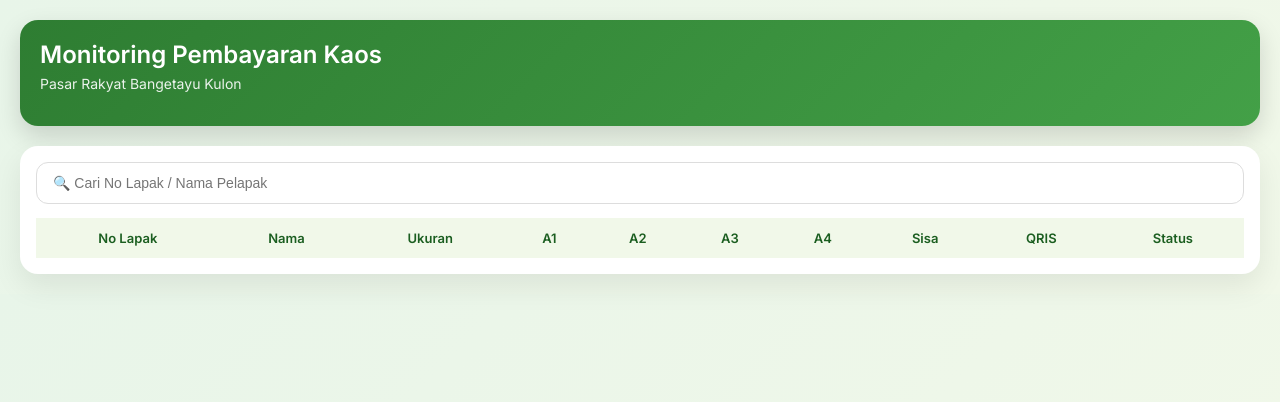
Repository: pasarrakyatbak/monitoringpembayarankaos
Page: index.html
These files come from the project's save history. The page is drawn as it stood at one moment and after the next save; the edit follows.
The browser window is 1280 px wide. The pictures show the whole page.
The page's requests for data from a server got no answer.

Above is the page before, as saved 2026-01-04 13:47:40.

After the next save:
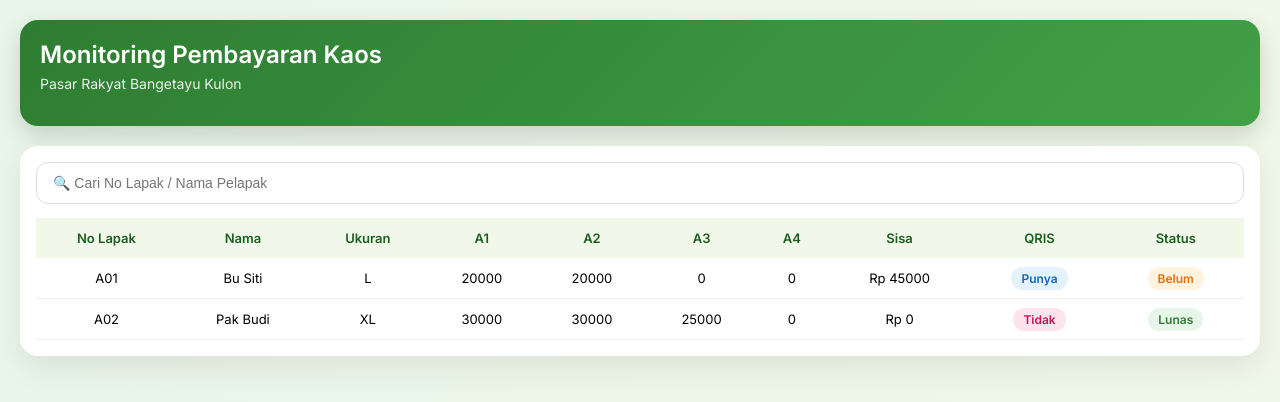
Saved 11 s later.
--- a/script.js
+++ b/script.js
@@ -1,68 +1,84 @@
-const API_URL = "https://script.google.com/macros/s/AKfycby4z2qZ24SrJkcyGpybH29lSUC_3_z1LG-7wSmTzpaOEXrwjXf0Cl3hqkg95qAxPj1-/exec";
-let allData = [];
+const dataPelapak = [
+    {
+        lapak: "A01",
+        nama: "Bu Siti",
+        ukuran: "L",
+        a1: 20000,
+        a2: 20000,
+        a3: 0,
+        a4: 0,
+        sisa: 45000,
+        qris: true,
+        status: "Belum"
+    },
+    {
+        lapak: "A02",
+        nama: "Pak Budi",
+        ukuran: "XL",
+        a1: 30000,
+        a2: 30000,
+        a3: 25000,
+        a4: 0,
+        sisa: 0,
+        qris: false,
+        status: "Lunas"
+    }
+];
 
-document.addEventListener('DOMContentLoaded', () => {
-    const searchInput = document.getElementById('searchInput');
-    const tbody = document.querySelector('tbody');
+const tableBody = document.getElementById("tableBody");
+const cardContainer = document.getElementById("cardContainer");
+const searchInput = document.getElementById("searchInput");
 
-    async function loadData() {
-        const res = await fetch(API_URL + "?action=list");
-        const data = await res.json();
-        allData = data;
-        renderTable(data);
-    }
+function render(data) {
+    tableBody.innerHTML = "";
+    cardContainer.innerHTML = "";
 
-    function renderTable(data) {
-        tbody.innerHTML = '';
-        data.forEach((row, index) => {
-            const statusText = row.lunas ? 'Lunas' : 'Belum Lunas';
-            const statusClass = row.lunas ? 'status-lunas' : 'status-belum';
+    data.forEach(d => {
+        // TABLE
+        tableBody.innerHTML += `
+      <tr>
+        <td>${d.lapak}</td>
+        <td>${d.nama}</td>
+        <td>${d.ukuran}</td>
+        <td>${d.a1}</td>
+        <td>${d.a2}</td>
+        <td>${d.a3}</td>
+        <td>${d.a4}</td>
+        <td>Rp ${d.sisa}</td>
+        <td><span class="badge ${d.qris ? 'badge-yes' : 'badge-no'}">${d.qris ? 'Punya' : 'Tidak'}</span></td>
+        <td><span class="badge ${d.status === 'Lunas' ? 'badge-lunas' : 'badge-belum'}">${d.status}</span></td>
+      </tr>
+    `;
 
-            const tr = document.createElement('tr');
-            tr.innerHTML = `
-        <td>${row.noLapak}</td>
-        <td>${row.nama}</td>
-        <td>${row.ukuran}</td>
-        <td>${row.a1}</td>
-        <td>${row.a2}</td>
-        <td>${row.a3}</td>
-        <td>${row.a4}</td>
-        <td>Rp ${row.total.toLocaleString('id-ID')}</td>
-        <td>
-          <input type="checkbox" ${row.qris ? 'checked' : ''} data-index="${index}">
-        </td>
-        <td class="${statusClass}">${statusText}</td>
-      `;
-            tbody.appendChild(tr);
-        });
-    }
+        // CARD
+        cardContainer.innerHTML += `
+      <div class="pelapak-card">
+        <div class="pelapak-header">
+          <div>
+            <div class="lapak">Lapak ${d.lapak}</div>
+            <div class="nama">${d.nama}</div>
+          </div>
+          <span class="badge ${d.status === 'Lunas' ? 'badge-lunas' : 'badge-belum'}">${d.status}</span>
+        </div>
 
-    tbody.addEventListener('change', async (e) => {
-        if (e.target.type === 'checkbox') {
-            const index = e.target.dataset.index;
+        <div class="pelapak-body">
+          <div class="item"><span>Ukuran</span>${d.ukuran}</div>
+          <div class="item"><span>QRIS</span>${d.qris ? 'Punya' : 'Tidak'}</div>
+          <div class="item"><span>Total Bayar</span>${d.a1 + d.a2 + d.a3 + d.a4}</div>
+          <div class="item"><span>Sisa</span>Rp ${d.sisa}</div>
+        </div>
+      </div>
+    `;
+    });
+}
 
-            const formData = new FormData();
-            formData.append("action", "updateQRIS");
-            formData.append("index", index);
-            formData.append("qris", e.target.checked ? "true" : "false");
+searchInput.addEventListener("input", e => {
+    const keyword = e.target.value.toLowerCase();
+    const filtered = dataPelapak.filter(d =>
+        d.nama.toLowerCase().includes(keyword) ||
+        d.lapak.toLowerCase().includes(keyword)
+    );
+    render(filtered);
+});
 
-            await fetch(API_URL, {
-                method: "POST",
-                body: formData
-            });
-
-            loadData();
-        }
-    });
-
-    searchInput.addEventListener('keyup', () => {
-        const keyword = searchInput.value.toLowerCase();
-        const filtered = allData.filter(item =>
-            item.noLapak.toString().includes(keyword) ||
-            item.nama.toLowerCase().includes(keyword)
-        );
-        renderTable(filtered);
-    });
-
-    loadData();
-});
+render(dataPelapak);

After the save that followed:
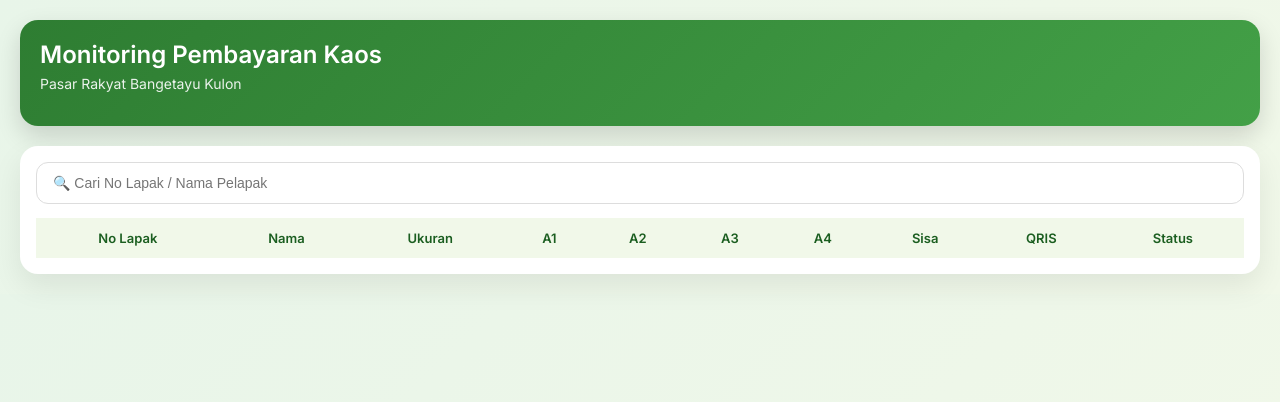
Saved 5 s later.
--- a/script.js
+++ b/script.js
@@ -1,84 +1,68 @@
-const dataPelapak = [
-    {
-        lapak: "A01",
-        nama: "Bu Siti",
-        ukuran: "L",
-        a1: 20000,
-        a2: 20000,
-        a3: 0,
-        a4: 0,
-        sisa: 45000,
-        qris: true,
-        status: "Belum"
-    },
-    {
-        lapak: "A02",
-        nama: "Pak Budi",
-        ukuran: "XL",
-        a1: 30000,
-        a2: 30000,
-        a3: 25000,
-        a4: 0,
-        sisa: 0,
-        qris: false,
-        status: "Lunas"
+const API_URL = "https://script.google.com/macros/s/AKfycby4z2qZ24SrJkcyGpybH29lSUC_3_z1LG-7wSmTzpaOEXrwjXf0Cl3hqkg95qAxPj1-/exec";
+let allData = [];
+
+document.addEventListener('DOMContentLoaded', () => {
+    const searchInput = document.getElementById('searchInput');
+    const tbody = document.querySelector('tbody');
+
+    async function loadData() {
+        const res = await fetch(API_URL + "?action=list");
+        const data = await res.json();
+        allData = data;
+        renderTable(data);
     }
-];
 
-const tableBody = document.getElementById("tableBody");
-const cardContainer = document.getElementById("cardContainer");
-const searchInput = document.getElementById("searchInput");
+    function renderTable(data) {
+        tbody.innerHTML = '';
+        data.forEach((row, index) => {
+            const statusText = row.lunas ? 'Lunas' : 'Belum Lunas';
+            const statusClass = row.lunas ? 'status-lunas' : 'status-belum';
 
-function render(data) {
-    tableBody.innerHTML = "";
-    cardContainer.innerHTML = "";
+            const tr = document.createElement('tr');
+            tr.innerHTML = `
+        <td>${row.noLapak}</td>
+        <td>${row.nama}</td>
+        <td>${row.ukuran}</td>
+        <td>${row.a1}</td>
+        <td>${row.a2}</td>
+        <td>${row.a3}</td>
+        <td>${row.a4}</td>
+        <td>Rp ${row.total.toLocaleString('id-ID')}</td>
+        <td>
+          <input type="checkbox" ${row.qris ? 'checked' : ''} data-index="${index}">
+        </td>
+        <td class="${statusClass}">${statusText}</td>
+      `;
+            tbody.appendChild(tr);
+        });
+    }
 
-    data.forEach(d => {
-        // TABLE
-        tableBody.innerHTML += `
-      <tr>
-        <td>${d.lapak}</td>
-        <td>${d.nama}</td>
-        <td>${d.ukuran}</td>
-        <td>${d.a1}</td>
-        <td>${d.a2}</td>
-        <td>${d.a3}</td>
-        <td>${d.a4}</td>
-        <td>Rp ${d.sisa}</td>
-        <td><span class="badge ${d.qris ? 'badge-yes' : 'badge-no'}">${d.qris ? 'Punya' : 'Tidak'}</span></td>
-        <td><span class="badge ${d.status === 'Lunas' ? 'badge-lunas' : 'badge-belum'}">${d.status}</span></td>
-      </tr>
-    `;
+    tbody.addEventListener('change', async (e) => {
+        if (e.target.type === 'checkbox') {
+            const index = e.target.dataset.index;
 
-        // CARD
-        cardContainer.innerHTML += `
-      <div class="pelapak-card">
-        <div class="pelapak-header">
-          <div>
-            <div class="lapak">Lapak ${d.lapak}</div>
-            <div class="nama">${d.nama}</div>
-          </div>
-          <span class="badge ${d.status === 'Lunas' ? 'badge-lunas' : 'badge-belum'}">${d.status}</span>
-        </div>
+            const formData = new FormData();
+            formData.append("action", "updateQRIS");
+            formData.append("index", index);
+            formData.append("qris", e.target.checked ? "true" : "false");
 
-        <div class="pelapak-body">
-          <div class="item"><span>Ukuran</span>${d.ukuran}</div>
-          <div class="item"><span>QRIS</span>${d.qris ? 'Punya' : 'Tidak'}</div>
-          <div class="item"><span>Total Bayar</span>${d.a1 + d.a2 + d.a3 + d.a4}</div>
-          <div class="item"><span>Sisa</span>Rp ${d.sisa}</div>
-        </div>
-      </div>
-    `;
+            await fetch(API_URL, {
+                method: "POST",
+                body: formData
+            });
+
+            loadData();
+        }
     });
-}
 
-searchInput.addEventListener("input", e => {
-    const keyword = e.target.value.toLowerCase();
-    const filtered = dataPelapak.filter(d =>
-        d.nama.toLowerCase().includes(keyword) ||
-        d.lapak.toLowerCase().includes(keyword)
-    );
-    render(filtered);
+    searchInput.addEventListener('keyup', () => {
+        const keyword = searchInput.value.toLowerCase();
+        const filtered = allData.filter(item =>
+            item.noLapak.toString().includes(keyword) ||
+            item.nama.toLowerCase().includes(keyword)
+        );
+        renderTable(filtered);
+    });
+
+    loadData();
 });
-
-render(dataPelapak);
